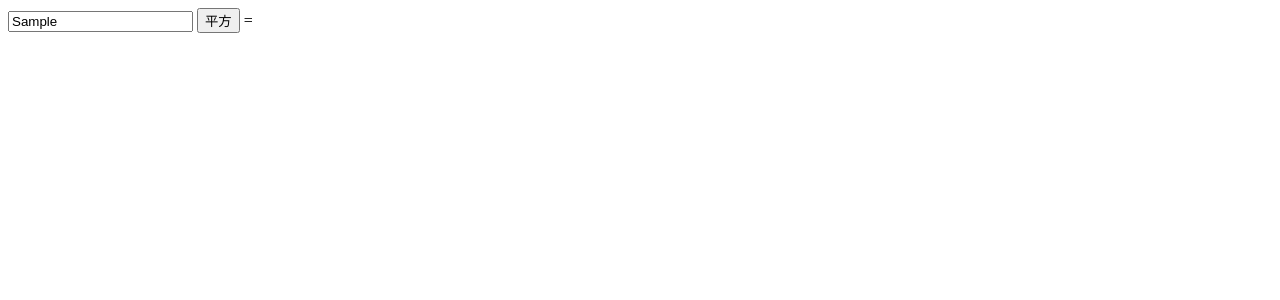
Repository: MasterKweng/workspace
Page: WebBasic/WebContent/day03 js/demo2.html
These files come from the project's save history. The page is drawn as it stood at one moment and after the next save; the edit follows.
The browser window is 1280 px wide. The pictures show the whole page.
Empty fields were first filled with sample values (such as "Sample", 5 or name@example.com).
After loading, the first visible `input[onclick="cal();"]` was clicked once.

Above is the page before, as saved 2018-01-09 03:05:02.
Console error: ReferenceError: isNan is not defined

After the next save:
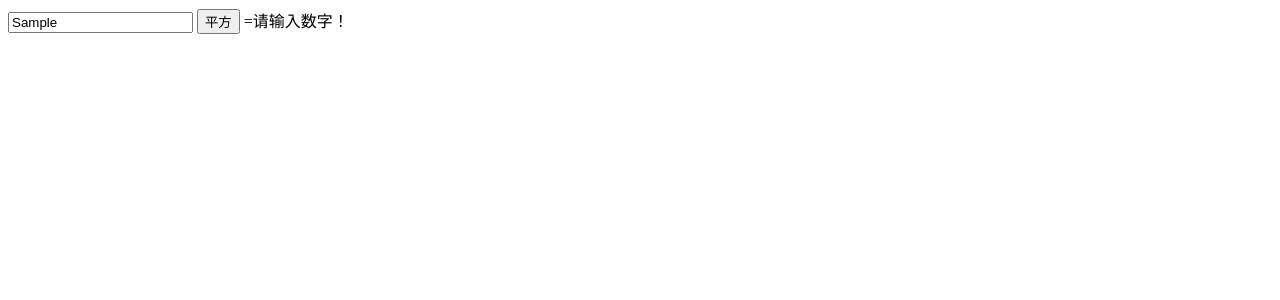
The error is gone.
Saved 16 s later.
--- a/WebBasic/WebContent/day03 js/demo2.html
+++ b/WebBasic/WebContent/day03 js/demo2.html
@@ -8,7 +8,7 @@
 				var input = document.getElementById("num");
 				var output = document.getElementById("result");
 				var n = input.value;
-				if(n==""||isNan(n)){
+				if(n==""||isNaN(n)){
 					output.innerHTML="请输入数字！";
 				}else{
 					output.innerHTML = n*n;
